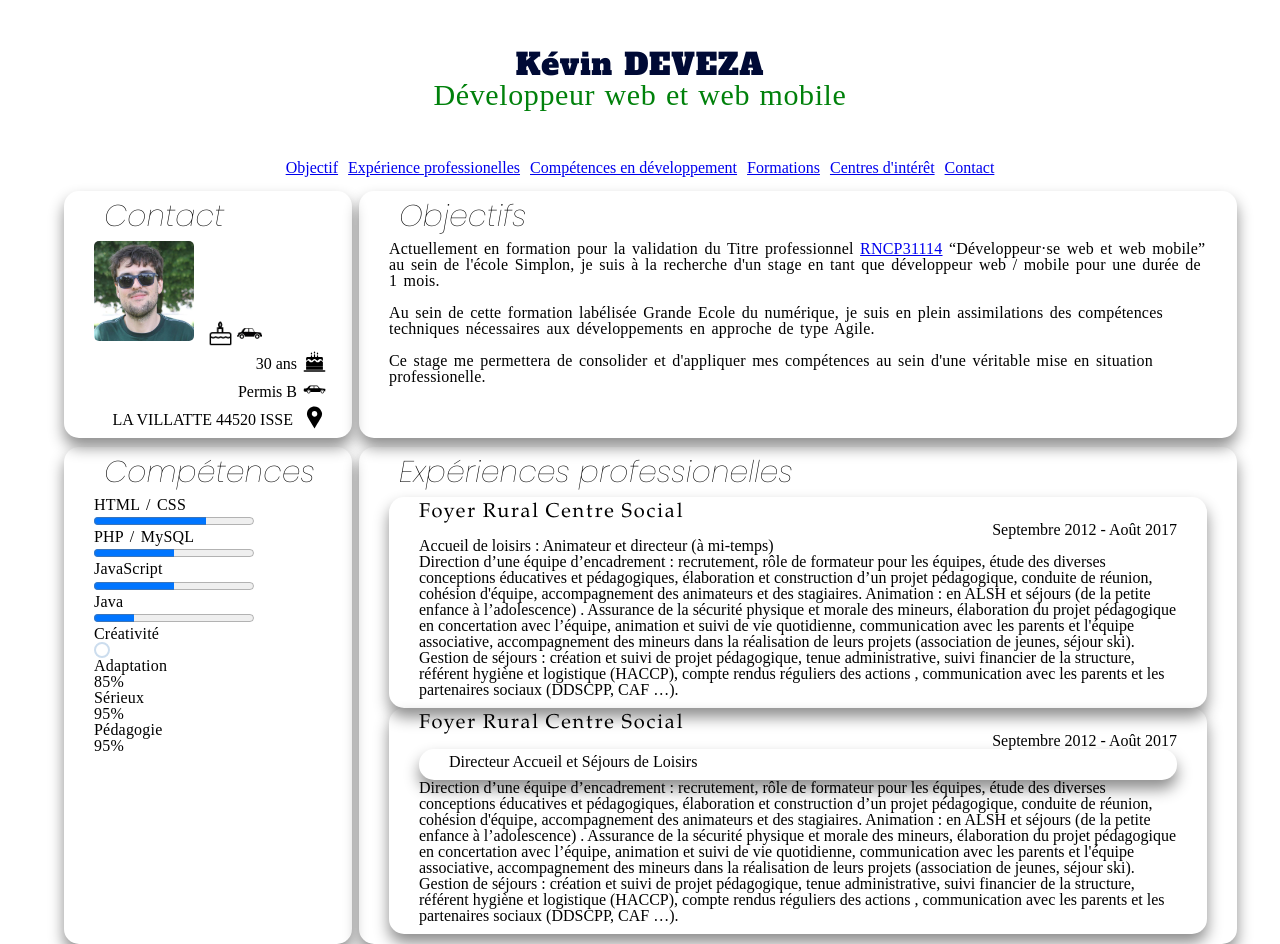
Repository: KevinDvZ/kevindvz.github.io
Page: index.html
The author's editor kept a copy of each file at every save. The page is drawn from the files as they stood at one save, then again after the next save.
The browser window is 1280 px wide. The pictures show the whole page.

Above is the page before, as saved 2020-10-31 15:19:03.

After the next save:
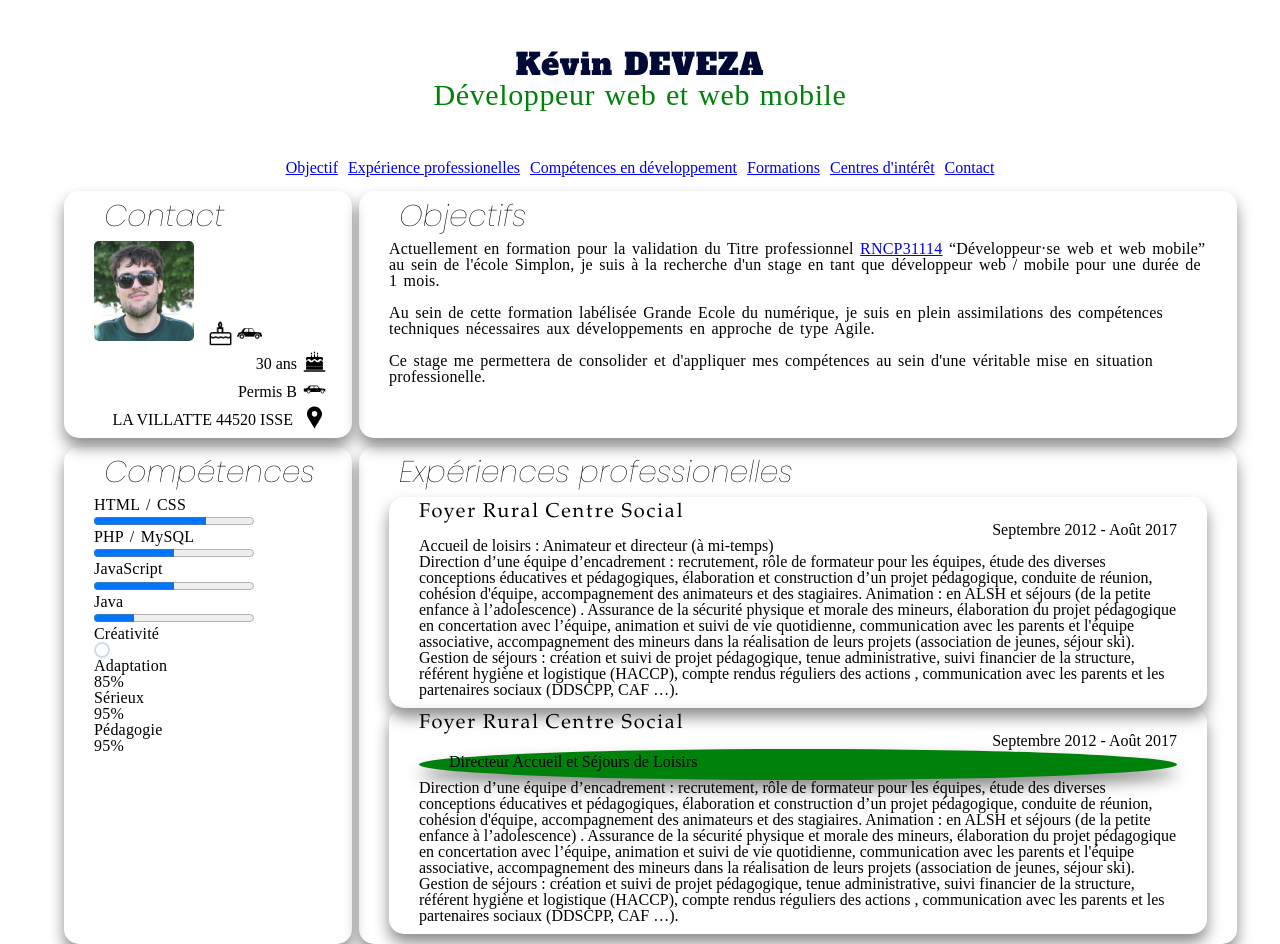
Saved 72 s later.
--- a/css/cv_deveza.css
+++ b/css/cv_deveza.css
@@ -159,7 +159,7 @@ h3 {
   display: block;
 }
 
-.bulle {
+#experiences .cadre {
   display: block;
   border-radius: 50%;
 
